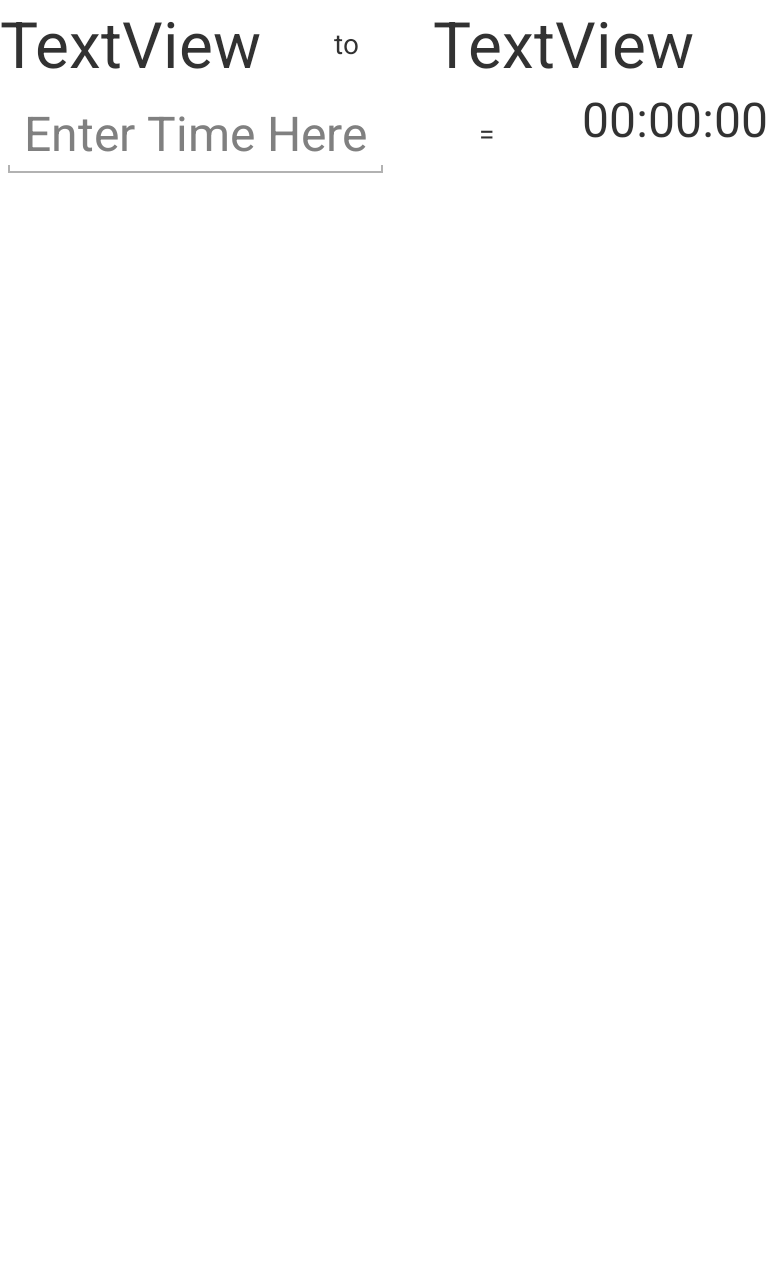
Repository: downinew/AndroidCoachesRaceTimer
Layout: CoachesRaceTimer/res/layout/convert_dialog.xml
An editor plug-in stored every save of this project. The layout is shown before and after the next save, followed by the edit.
It is drawn on a 768 x 1280 px phone screen (xhdpi) without system bars, with theme AppTheme; the app's code is not run.

Above is the layout before, as saved 2015-02-19 02:25:05.

### CoachesRaceTimer/res/layout/convert_dialog.xml
<?xml version="1.0" encoding="utf-8"?>
<LinearLayout xmlns:android="http://schemas.android.com/apk/res/android"
    android:layout_width="match_parent"
    android:layout_height="match_parent"
    android:orientation="vertical" >

    <LinearLayout
        android:layout_width="match_parent"
        android:layout_height="wrap_content"
        android:orientation="horizontal">

        <TextView
            android:id="@+id/convertItem1"
            android:layout_width="wrap_content"
            android:layout_gravity="start"
            android:layout_weight="1"
            android:textSize="32sp"
            android:layout_height="wrap_content"
            android:text="TextView" />

        <TextView
            android:id="@+id/toText"
            android:layout_width="wrap_content"
            android:layout_weight="1"
            android:layout_gravity="center"
            android:layout_height="wrap_content"
            android:text="to" />

        <TextView
            android:id="@+id/convertItem2"
            android:layout_width="wrap_content"
            android:layout_gravity="end"
            android:layout_weight="1"
            android:textSize="32sp"
            android:layout_height="wrap_content"
            android:text="TextView" />

    </LinearLayout>
    <LinearLayout
        android:layout_width="match_parent"
        android:layout_height="wrap_content"
        android:orientation="horizontal">

        <EditText
            android:id="@+id/convertTime1"
            android:layout_width="wrap_content"
            android:layout_height="wrap_content"
            android:layout_gravity="start"
            android:hint="Enter Time Here"
            android:textSize="24sp" />

        <TextView
            android:id="@+id/equalText"
            android:layout_width="wrap_content"
            android:layout_height="wrap_content"
            android:layout_gravity="center"
            android:layout_weight="0.22"
            android:gravity="center"
            android:text="=" />

        <TextView
            android:id="@+id/convertTime2"
            android:layout_width="wrap_content"
            android:layout_height="wrap_content"
            android:layout_gravity="end"
            android:text="00:00:00"
            android:textSize="24sp" />

    </LinearLayout>




</LinearLayout>

Loaded but not shown: CoachesRaceTimer/res/values/styles.xml (common file); CoachesRaceTimer/res/values-v11/styles.xml (common file); CoachesRaceTimer/res/values-v14/styles.xml (common file)

After the next save:
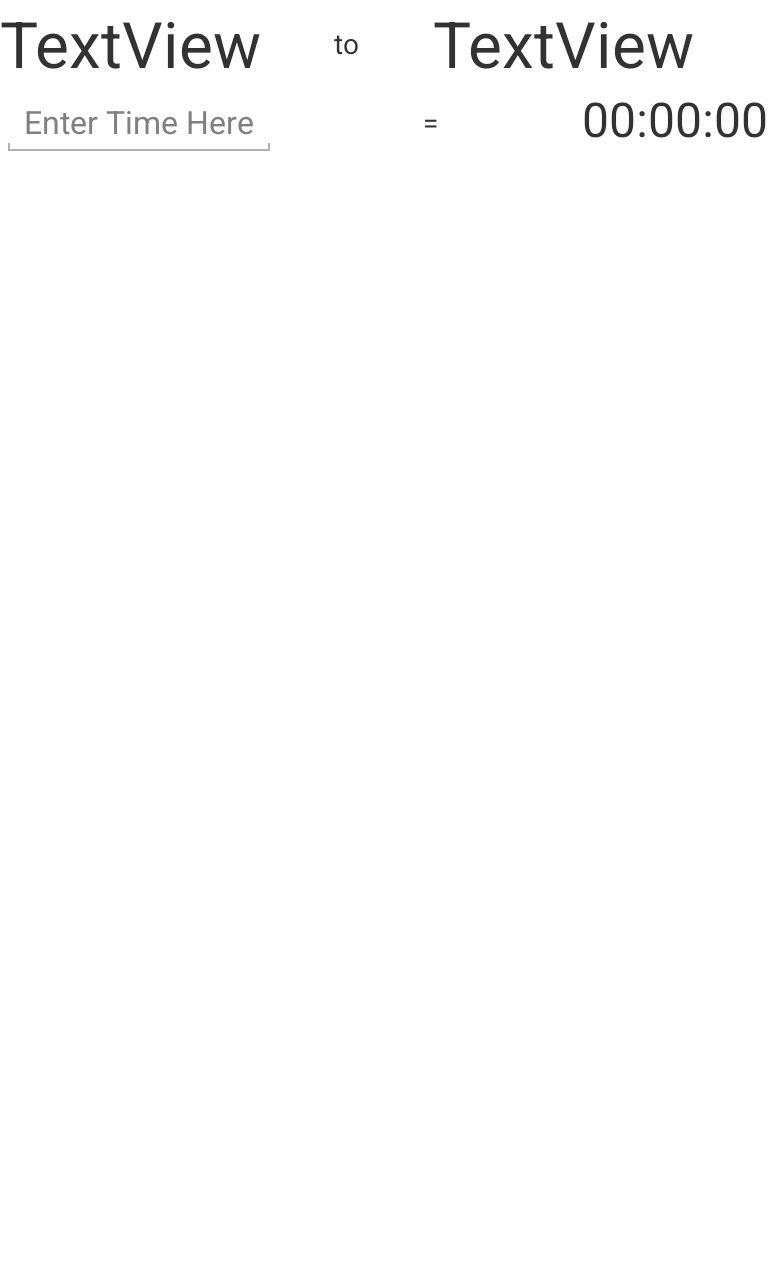
Saved 9 s later.
--- a/CoachesRaceTimer/res/layout/convert_dialog.xml
+++ b/CoachesRaceTimer/res/layout/convert_dialog.xml
@@ -47,7 +47,7 @@
             android:layout_height="wrap_content"
             android:layout_gravity="start"
             android:hint="Enter Time Here"
-            android:textSize="24sp" />
+            android:textSize="16sp" />
 
         <TextView
             android:id="@+id/equalText"
